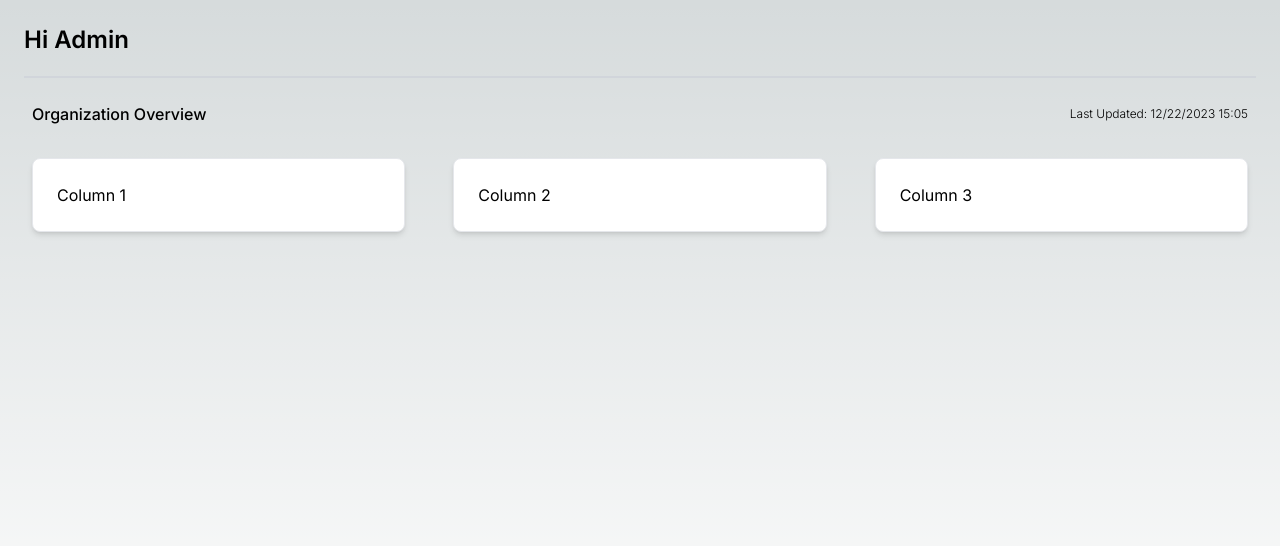
Repository: khairul35/merchant-dashboard
Page: /home
An editor plug-in stored every save of this project. The page is shown before and after the next save, followed by the edit.
The browser window is 1280 px wide. The pictures show the whole page.
The project was rebuilt for these pictures with package versions that can differ from the ones it lists, and the page was loaded fresh each time. The framework's server and built-in components were replaced by stand-ins that run in the browser. Also part of the build but not shown: next.config.js, app/components/layout/Header/index.module.css, app/components/layout/Header/index.component.tsx, app/components/layout/Navigation/index.module.css, app/components/layout/Navigation/index.component.tsx, app/components/layout/Navigation/menus.tsx.

Above is the page before, as saved 2024-01-03 16:07:38.

### app/layout.tsx
import type { Metadata } from 'next'
import { Inter } from 'next/font/google'
import Header from './components/layout/Header';
import Navigation from './components/layout/Navigation';
import { NotificationProvider } from './components/notification/NotificationContext.client';
import './globals.css';

const inter = Inter({ subsets: ['latin'] })

export const metadata: Metadata = {
  title: 'Merchant apps',
  description: 'Merchant web app',
}

export default function RootLayout({
  children,
}: {
  children: React.ReactNode
}) {
  return (
    <html lang="en">
      <body className={inter.className}>
        <NotificationProvider>
          <div className='flex flex-col h-screen overflow-hidden'>
            <Header />
            <div
              className="flex flex-1"
              style={{
                maxHeight: 'calc(100vh - 77px)',
              }}>
              <Navigation />
              <main className="flex-1 p-4">{children}</main>
            </div>
          </div>
        </NotificationProvider>
      </body>
    </html>
  )
}

### app/home/page.tsx
import Component from "./index.component";
import { HomeProps } from "./index.prop";

const Home = () => {
    const name = 'Admin'
    const props: HomeProps = {
        name,
    }
    return (<Component {...props} />)
};

export default Home;

### app/components/layout/Header/index.tsx
'use client';

import { useEffect } from "react";
import Component from './index.component'
import { HeaderProps } from "./index.props";

const Header = () => {

    const onLogOut = () => {
        window.localStorage.setItem('isLogin', 'false');
        window.location.href = '/login';
    };

    useEffect(() => {
        if (window.localStorage.getItem('isLogin') == 'true') {
        }
    }, []);

    const props: HeaderProps = {
        onLogOut
    }

    return window.localStorage.getItem('isLogin') == 'true' ?
        (
            <Component {...props} />
        )
        : (<></>)
};

export default Header;

### app/components/layout/Navigation/index.tsx
'use client'

import Component from "./index.component";
import { NavigationProps } from "./index.props";
import { useState, useEffect } from 'react';
import { menus } from "./menus";

const Navigation = () => {

    const [currentPath, setCurrentPath] = useState<string>('');

    useEffect(() => {
        setCurrentPath(window.location.pathname);
    }, []);

    const props: NavigationProps = {
        menus,
        path: currentPath,
        setCurrentPath,
    }

    return window.localStorage.getItem('isLogin') == 'true' ?
        (
            <Component {...props} />
        )
        : (<></>)
};

export default Navigation;

### app/components/notification/NotificationContext.client.tsx
'use client';
import React, { createContext, useContext, useState } from 'react';

type NotificationType = 'success' | 'error' | 'loading';

type Notification = {
  message: string;
  type: NotificationType;
};

type NotificationContextType = {
  notification: Notification | null;
  showNotification: (message: string, type: NotificationType) => void;
  closeNotification: () => void;
};

const NotificationContext = createContext<NotificationContextType | null>(null);

interface NotificationProviderProps {
  children: React.ReactNode;
}

export const useNotification = () => {
  const context = useContext(NotificationContext);
  if (!context) {
    throw new Error('useNotification must be used within a NotificationProvider');
  }
  return context;
};

export const NotificationProvider: React.FC<NotificationProviderProps> = ({ children }) => {
  const [notification, setNotification] = useState<Notification | null>(null);

  const closeNotification = () => {
    setNotification(null);
  };

  const showNotification = (message: string, type: NotificationType) => {
    setNotification({ message, type });
    setTimeout(() => {
      closeNotification();
    }, 5000);
  };

  const value: NotificationContextType = {
    notification,
    showNotification,
    closeNotification,
  };

  return (
    <NotificationContext.Provider value={value}>
      {children}
    </NotificationContext.Provider>
  );
};

### app/globals.css
@tailwind base;
@tailwind components;
@tailwind utilities;

:root {
  --foreground-rgb: 0, 0, 0;
  --background-start-rgb: 214, 219, 220;
  --background-end-rgb: 255, 255, 255;
}

body {
  color: rgb(var(--foreground-rgb));
  background: linear-gradient(
      to bottom,
      transparent,
      rgb(var(--background-end-rgb))
    )
    rgb(var(--background-start-rgb));
    margin: 0;
    padding: 0;
}

### app/home/index.component.tsx
import Card from "../components/card";
import { HomeProps } from "./index.prop";

const Component = (props: HomeProps) => {
    const { name } = props;

    return (
        <div>
            <div className="p-2">
                <h2 className="font-semibold text-2xl pb-5 border-b-2 border-y-gray-300">Hi { name }</h2>
            </div>
            <div className="grid grid-cols-1 sm:grid-cols-2 gap-4">
                <div className="p-4 font-medium">Organization Overview</div>
                <div className="p-4 font-light text-xs flex justify-end items-center ">Last Updated: 12/22/2023 15:05</div>
            </div>
            <div className="grid grid-cols-1 sm:grid-cols-2 md:grid-cols-2 lg:grid-cols-3 gap-4">
                <div className="p-4">
                    <Card>
                        Column 1
                    </Card>
                </div>
                <div className="p-4">
                    <Card>
                        Column 2
                    </Card>
                </div>
                <div className="p-4">
                    <Card>
                        Column 3
                    </Card>
                </div>
            </div>

        </div>
    )
};

export default Component;

### app/components/card/index.tsx
'use client';

import React, { ReactNode } from 'react';

interface CardProps {
  children: ReactNode;
  className?: string;
  style?: React.CSSProperties;
  onClick?: () => void;
  hoverClassName?: string;
}

const Card: React.FC<CardProps> = ({
  children,
  className = '',
  style = {},
  onClick,
  hoverClassName = '',
}) => {
  const handleMouseEnter = () => {
    // Add hover effect on mouse enter if hoverClassName is provided
    if (hoverClassName) {
      const card = document.getElementById('card');
      card?.classList.add(hoverClassName);
    }
  };

  const handleMouseLeave = () => {
    // Remove hover effect on mouse leave if hoverClassName is provided
    if (hoverClassName) {
      const card = document.getElementById('card');
      card?.classList.remove(hoverClassName);
    }
  };

  return (
    <div
      id="card"
      className={`rounded-lg bg-white shadow-md p-6 border border-gray-200 ${className}`}
      style={style}
      onClick={onClick}
      onMouseEnter={handleMouseEnter}
      onMouseLeave={handleMouseLeave}
    >
      {children}
    </div>
  );
};

export default Card;

### tailwind.config.ts
import type { Config } from 'tailwindcss'

const config: Config = {
  content: [
    './pages/**/*.{js,ts,jsx,tsx,mdx}',
    './components/**/*.{js,ts,jsx,tsx,mdx}',
    './app/**/*.{js,ts,jsx,tsx,mdx}',
  ],
  theme: {
    extend: {
      backgroundImage: {
        'gradient-radial': 'radial-gradient(var(--tw-gradient-stops))',
        'gradient-conic':
          'conic-gradient(from 180deg at 50% 50%, var(--tw-gradient-stops))',
      },
      backgroundColor: {
        'bg-color': '#EAEAEA', // Define a custom background color class
      },
      button: {
        'primary': '#7A7A7A',
      },
      fontWeight: {
        'label': '600',
      },
    },
  },
  plugins: [require("daisyui")],
  daisyui: {
    themes: [
      {
        mytheme: {
          "primary": "##7A7A7A",
          "secondary": "#d926a9",
          "accent": "#1fb2a6",
          "neutral": "#2a323c",
          "base-100": "#1d232a",
          "info": "#3abff8",
          "success": "#36d399",
          "warning": "#fbbd23",
          "error": "#f87272",
        },
      },
    ],
  },
}
export default config

### app/home/index.module.css
.organizationOverviewCard {
    height: 200px;
}

After the next save:
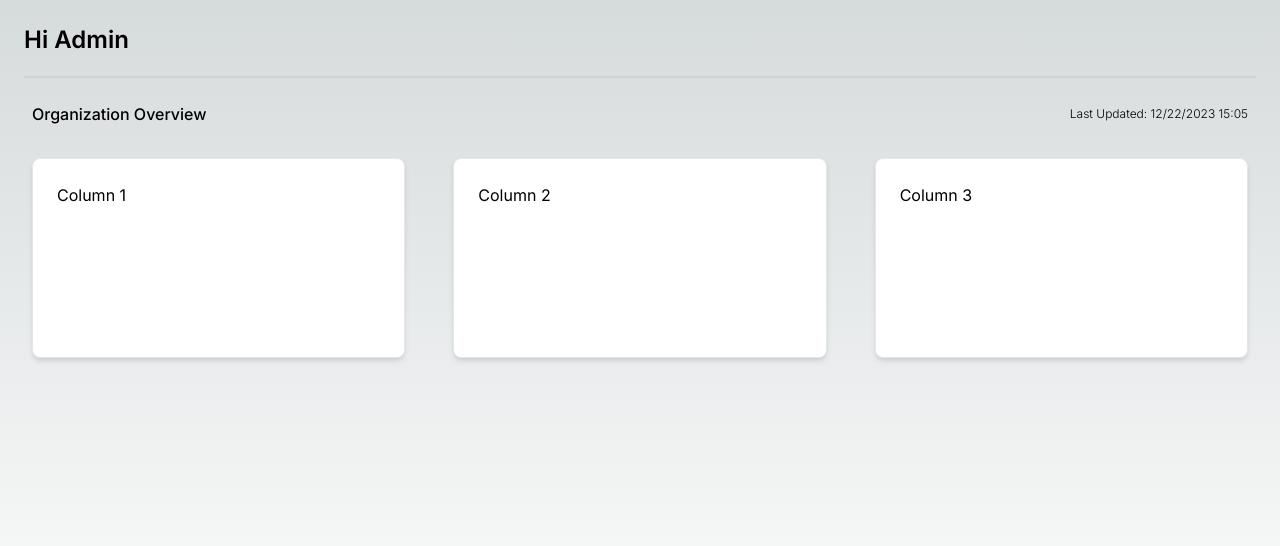
Saved 36 s later.
--- a/app/home/index.component.tsx
+++ b/app/home/index.component.tsx
@@ -1,5 +1,6 @@
 import Card from "../components/card";
 import { HomeProps } from "./index.prop";
+import styles from './index.module.css';
 
 const Component = (props: HomeProps) => {
     const { name } = props;
@@ -15,17 +16,17 @@
             </div>
             <div className="grid grid-cols-1 sm:grid-cols-2 md:grid-cols-2 lg:grid-cols-3 gap-4">
                 <div className="p-4">
-                    <Card>
+                    <Card className={styles.organizationOverviewCard}>
                         Column 1
                     </Card>
                 </div>
                 <div className="p-4">
-                    <Card>
+                    <Card className={styles.organizationOverviewCard}>
                         Column 2
                     </Card>
                 </div>
                 <div className="p-4">
-                    <Card>
+                    <Card className={styles.organizationOverviewCard}>
                         Column 3
                     </Card>
                 </div>
